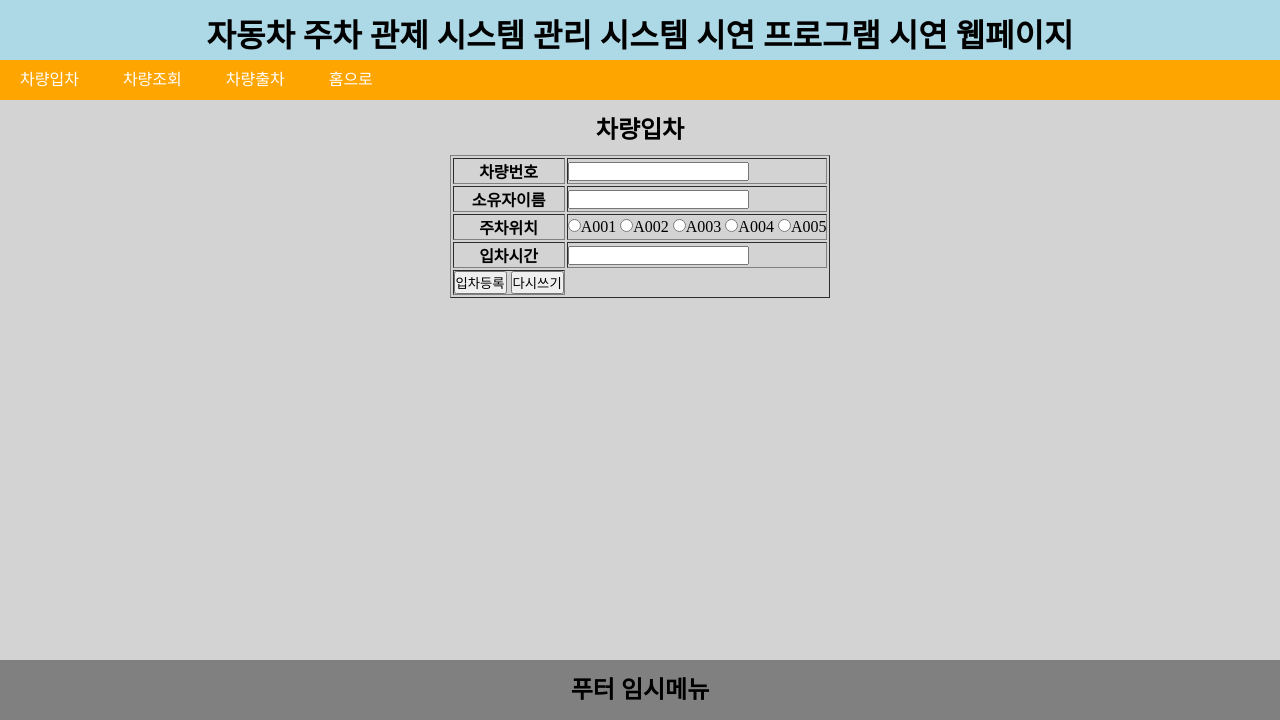
Repository: Ghraminal/mytest
Page: http://localhost/farking/insert.jsp
The author's editor kept a copy of each file at every save. The page is drawn from the files as they stood at one save, then again after the next save.
The browser window is 1280 px wide. The pictures show the whole page.
The page is served by Tomcat 9.

Above is the page before, as saved 2025-08-20 05:33:03.

### farking/src/main/webapp/insert.jsp
<%@ page language="java" contentType="text/html; charset=UTF-8"
    pageEncoding="UTF-8"%>
<!DOCTYPE html>
<html>
<head>
<meta charset="UTF-8">
<title>Insert title here</title>
<style>
	*{
		margin: 0;
		padding: 0;
		list-style: none;
		text-decoration: none;
		box-sizing: border-box;
	}
	section{
		width: 100%;
		height: calc(100vh - 160px);
		background-color: lightgray;
	}
	h2{
		justify-content: center;
		text-align: center;
		padding: 20px;
	}
	form{
		display: flex;
		justify-content: center;
	}
</style>
</head>
<body>
<jsp:include page="header.jsp"></jsp:include>
<jsp:include page="nav.jsp"></jsp:include>
<section>

<h2>차량입차</h2>

<form action="action.jsp" method="post" name="frm">
	<table border="1">
		<tr>
			<th>차량번호</th>
			<td><input type="text" name="car_number"></td>
		</tr>
		<tr>
			<th>소유자이름</th>
			<td><input type="text" name="owner_name"></td>
		</tr>
		<tr>
			<th>주차위치</th>
			<td>
			<input type="radio" name="location">A001
			<input type="radio" name="location">A002
			<input type="radio" name="location">A003
			<input type="radio" name="location">A004
			<input type="radio" name="location">A005
			</td>
		</tr>
		<tr>
			<th>입차시간</th>
			<td><input type="text" name="entrance_time"></td>
		</tr>
		<tr>
			<th>
				<input type="button" value="입차등록" onclick="inter()">
				<input type="button" value="다시쓰기" onclick="resett()">
			</th>
		</tr>
	</table>
</form>

</section>
<jsp:include page="footer.jsp"></jsp:include>
</body>
</html>

### farking/src/main/webapp/header.jsp
<%@ page language="java" contentType="text/html; charset=UTF-8"
    pageEncoding="UTF-8"%>
<!DOCTYPE html>
<html>
<head>
<meta charset="UTF-8">
<title>Insert title here</title>
<style>
	*{
		margin: 0;
		padding: 0;
		list-style: none;
		text-decoration: none;
		box-sizing: border-box;
	}
	header{
		width: 100%;
		height: 60px;
		background-color: lightblue;
	}
	h1{
		justify-content: center;
		text-align: center;
		padding: 10px;
	}
</style>
</head>
<body>
<header>
	<h1>자동차 주차 관제 시스템 관리 시스템 시연 프로그램 시연 웹페이지</h1>
</header>

</body>
</html>

### farking/src/main/webapp/nav.jsp
<%@ page language="java" contentType="text/html; charset=UTF-8"
	pageEncoding="UTF-8"%>
<!DOCTYPE html>
<html>
<head>
<meta charset="UTF-8">
<title>nav</title>
<style>
nav {
	width: 100%;
	height: 40px;
	background-color: orange;
	line-height: 40px;
}

nav a {
	color: white;
	padding: 0 20px;
}
</style>
</head>
<body>
	<nav>
		<a href="insert.jsp">차량입차</a>
		<a href="list">차량조회</a>
		<a href="out.jsp">차량출차</a>
		<a href="index.jsp">홈으로</a>
	</nav>
</body>
</html>

### farking/src/main/webapp/footer.jsp
<%@ page language="java" contentType="text/html; charset=UTF-8"
    pageEncoding="UTF-8"%>
<!DOCTYPE html>
<html>
<head>
<meta charset="UTF-8">
<title>Insert title here</title>
<style>
	*{
		margin: 0;
		padding: 0;
		list-style: none;
		text-decoration: none;
		box-sizing: border-box;
	}
	footer{
		width: 100%;
		height: 60px;
		background-color: gray;
	}
	h2{
		justify-content: center;
		text-align: center;
		padding: 10px;
	}
</style>
</head>
<body>
<footer>
<h2>푸터 임시메뉴</h2>
</footer>

</body>
</html>

After the next save:
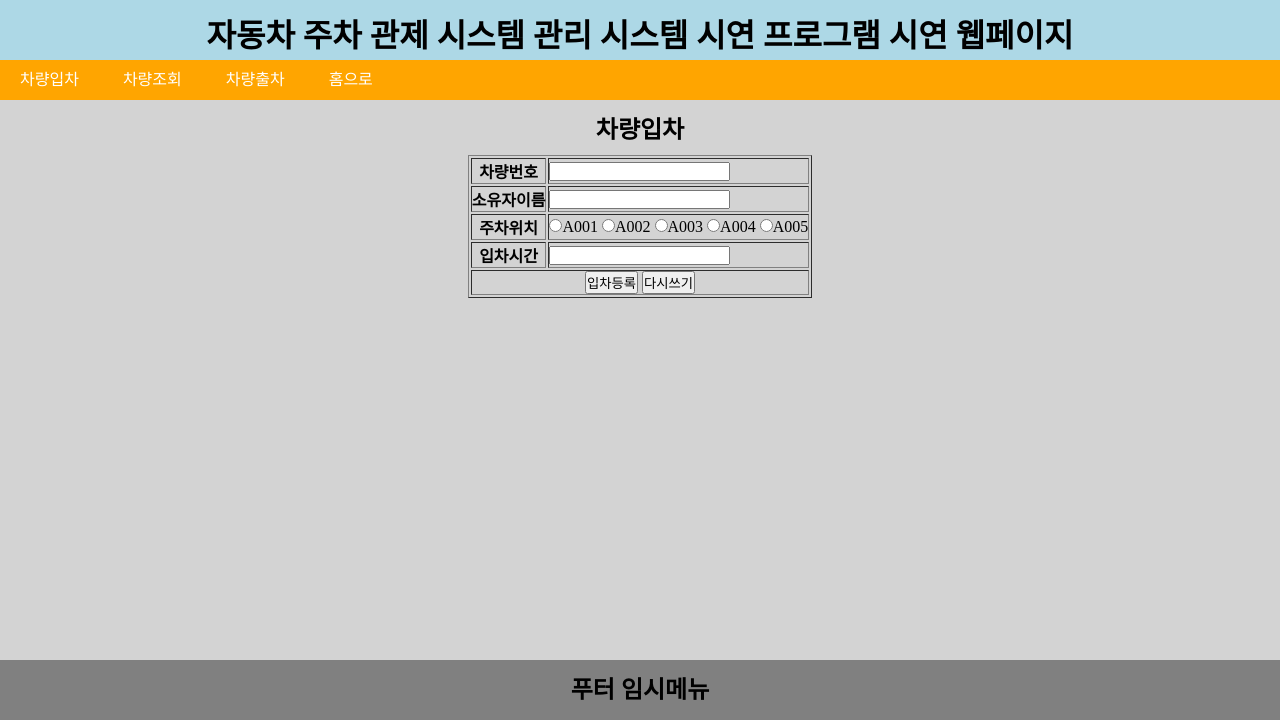
Saved 10 s later.
--- a/farking/src/main/webapp/insert.jsp
+++ b/farking/src/main/webapp/insert.jsp
@@ -61,7 +61,7 @@
 			<td><input type="text" name="entrance_time"></td>
 		</tr>
 		<tr>
-			<th>
+			<th colspan="2">
 				<input type="button" value="입차등록" onclick="inter()">
 				<input type="button" value="다시쓰기" onclick="resett()">
 			</th>
